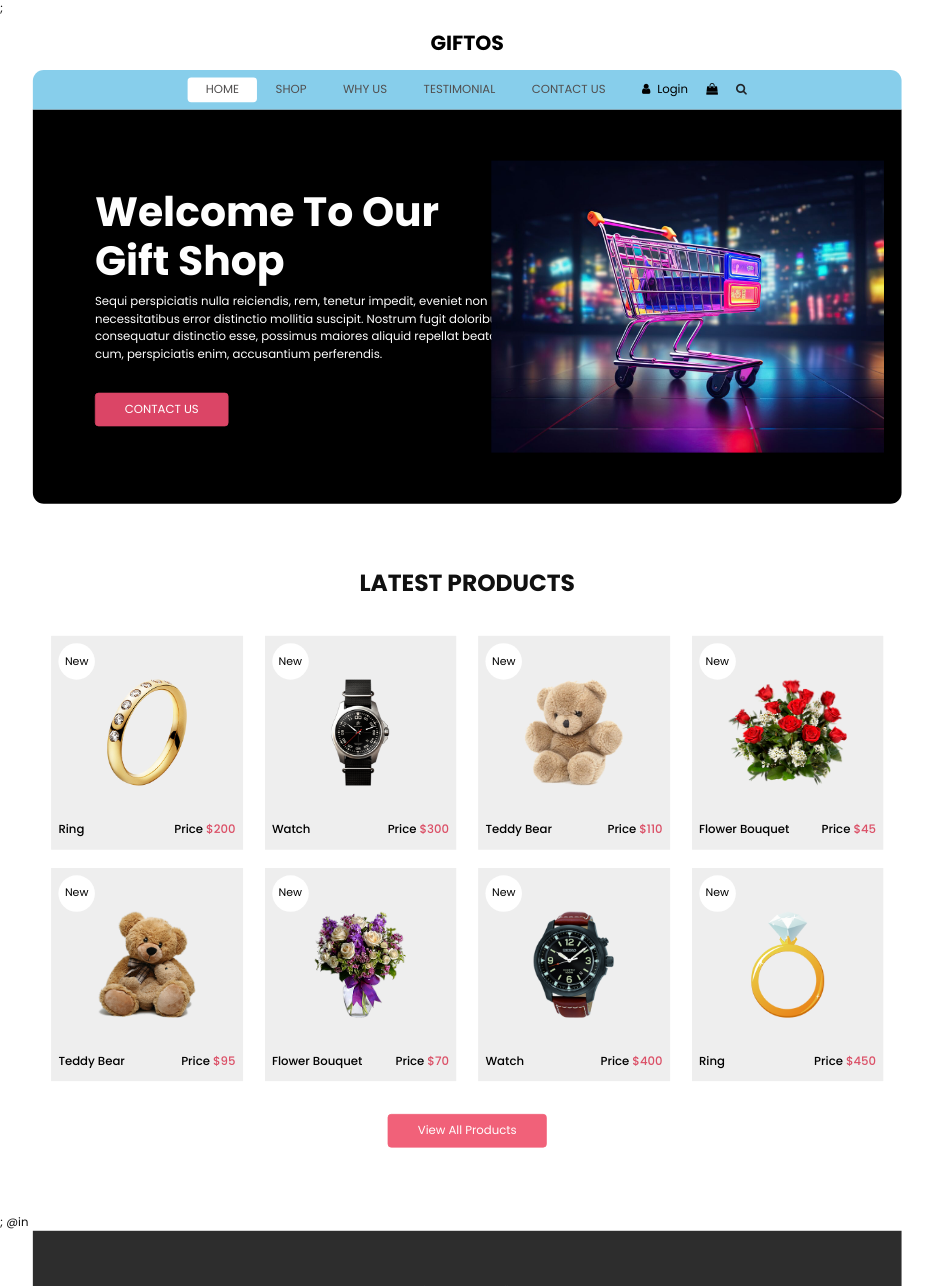
Repository: tanimtanzilislam/ecommerce_project_laravel
Page: http://localhost/
These files come from the project's save history. The page is drawn as it stood at one moment and after the next save; the edit follows.
The browser window is 1280 px wide. The pictures show the part of the page from y = 0 to 1762 px (the page is 2184 px tall before and 2878 px after), at 73% of full size.
Pictures or frames that could not be fetched are drawn as grey boxes. The page is served by the project's Laravel application, run on PHP 8.4 with Laravel 12. Other server files are loaded and not shown.

Above is the page before, as saved 2025-06-14 14:58:04.

### routes/web.php
<?php

use App\Http\Controllers\ProfileController;
use Illuminate\Support\Facades\Route;
use App\Http\Controllers\HomeController;
route::get('/', [HomeController::class,'home']
);

Route::get('/dashboard', function () {
    return view('dashboard');
})->middleware(['auth', 'verified'])->name('dashboard');

Route::middleware('auth')->group(function () {
    Route::get('/profile', [ProfileController::class, 'edit'])->name('profile.edit');
    Route::patch('/profile', [ProfileController::class, 'update'])->name('profile.update');
    Route::delete('/profile', [ProfileController::class, 'destroy'])->name('profile.destroy');
});

require __DIR__.'/auth.php';

route::get('admin/dashboard',[HomeController::class,'index']);
route::get('admin/dashboard',[HomeController::class,'index'])->middleware(['auth','admin']);

### app/Http/Controllers/HomeController.php
<?php

namespace App\Http\Controllers;

use Illuminate\Http\Request;


class HomeController extends Controller
{
    public function index(){
        return view('admin.index');
    }



    public function home(){
       return view('home.index');

        }

}

### resources/views/home/index.blade.php
<!DOCTYPE html>
<html>

<head>
  @include('home.css');
</head>

<body>
  <div class="hero_area">
    <!-- header section strats -->
   @include('home.header')
    <!-- end header section -->
    <!-- slider section -->
@include('home.slider')

    <!-- end slider section -->
  </div>
  <!-- end hero area -->

  <!-- shop section -->

  @include('home.product');

  <!-- end shop section -->







  <!-- contact section -->

  @in

  <!-- end contact section -->



  <!-- info section -->

  <section class="info_section  layout_padding2-top">
    <div class="social_container">
      <div class="social_box">
        <a href="">
          <i class="fa fa-facebook" aria-hidden="true"></i>
        </a>
        <a href="">
          <i class="fa fa-twitter" aria-hidden="true"></i>
        </a>
        <a href="">
          <i class="fa fa-instagram" aria-hidden="true"></i>
        </a>
        <a href="">
          <i class="fa fa-youtube" aria-hidden="true"></i>
        </a>
      </div>
    </div>
    <div class="info_container ">
      <div class="container">
        <div class="row">
          <div class="col-md-6 col-lg-3">
            <h6>
              ABOUT US
            </h6>
            <p>
              Lorem ipsum dolor sit amet, consectetur adipiscing elit, sed doLorem ipsum dolor sit amet, consectetur adipiscing elit, sed doLorem ipsum dolor sit amet,
            </p>
          </div>
          <div class="col-md-6 col-lg-3">
            <div class="info_form ">
              <h5>
                Newsletter
              </h5>
              <form action="#">
                <input type="email" placeholder="Enter your email">
                <button>
                  Subscribe
                </button>
              </form>
            </div>
          </div>
          <div class="col-md-6 col-lg-3">
            <h6>
              NEED HELP
            </h6>
            <p>
              Lorem ipsum dolor sit amet, consectetur adipiscing elit, sed doLorem ipsum dolor sit amet, consectetur adipiscing elit, sed doLorem ipsum dolor sit amet,
            </p>
          </div>
          <div class="col-md-6 col-lg-3">
            <h6>
              CONTACT US
            </h6>
            <div class="info_link-box">
              <a href="">
                <i class="fa fa-map-marker" aria-hidden="true"></i>
                <span> Gb road 123 london Uk </span>
              </a>
              <a href="">
                <i class="fa fa-phone" aria-hidden="true"></i>
                <span>+01 12345678901</span>
              </a>
              <a href="">
                <i class="fa fa-envelope" aria-hidden="true"></i>
                <span> demo@gmail.com</span>
              </a>
            </div>
          </div>
        </div>
      </div>
    </div>
    <!-- footer section -->
    <footer class=" footer_section">
      <div class="container">
        <p>
          &copy; <span id="displayYear"></span> All Rights Reserved By
          <a href="https://html.design/">Web Tech Knowledge</a>
        </p>
      </div>
    </footer>
    <!-- footer section -->

  </section>

  <!-- end info section -->


  <script src="{{asset('js/jquery-3.4.1.min.js')}}"></script>
  <script src="{{asset('js/bootstrap.js')}}"></script>
  <script src="{{asset('https://cdnjs.cloudflare.com/ajax/libs/OwlCarousel2/2.3.4/owl.carousel.min.js')}}">
  </script>
  <script src="{{asset('js/custom.js')}}"></script>

</body>

</html>

### resources/views/home/css.blade.php
<!-- Basic -->
  <meta charset="utf-8" />
  <meta http-equiv="X-UA-Compatible" content="IE=edge" />
  <!-- Mobile Metas -->
  <meta name="viewport" content="width=device-width, initial-scale=1, shrink-to-fit=no" />
  <!-- Site Metas -->
  <meta name="keywords" content="" />
  <meta name="description" content="" />
  <meta name="author" content="" />
  <link rel="shortcut icon" href="images/favicon.png" type="image/x-icon">

  <title>
    Giftos
  </title>

  <!-- slider stylesheet -->
  <link rel="stylesheet" type="text/css" href="https://cdnjs.cloudflare.com/ajax/libs/OwlCarousel2/2.3.4/assets/owl.carousel.min.css" />

  <!-- bootstrap core css -->
  <link rel="stylesheet" type="text/css" href="{{asset('css/bootstrap.css')}}" />

  <!-- Custom styles for this template -->
  <link href="{{asset('css/style.css')}}" rel="stylesheet" />
  <!-- responsive style -->
  <link href="{{asset('css/responsive.css')}}" rel="stylesheet" />

### resources/views/home/header.blade.php
 <header class="header_section">
      <nav class="navbar navbar-expand-lg custom_nav-container ">
        <a class="navbar-brand" href="index.html">
          <span>
            Giftos
          </span>
        </a>
        <button class="navbar-toggler" type="button" data-toggle="collapse" data-target="#navbarSupportedContent" aria-controls="navbarSupportedContent" aria-expanded="false" aria-label="Toggle navigation">
          <span class=""></span>
        </button>

        <div class="collapse navbar-collapse" id="navbarSupportedContent">
          <ul class="navbar-nav  ">
            <li class="nav-item active">
              <a class="nav-link" href="index.html">Home <span class="sr-only">(current)</span></a>
            </li>
            <li class="nav-item">
              <a class="nav-link" href="shop.html">
                Shop
              </a>
            </li>
            <li class="nav-item">
              <a class="nav-link" href="why.html">
                Why Us
              </a>
            </li>
            <li class="nav-item">
              <a class="nav-link" href="testimonial.html">
                Testimonial
              </a>
            </li>
            <li class="nav-item">
              <a class="nav-link" href="contact.html">Contact Us</a>
            </li>
          </ul>
          <div class="user_option">
            <a href="">
              <i class="fa fa-user" aria-hidden="true"></i>
              <span>
                Login
              </span>
            </a>
            <a href="">
              <i class="fa fa-shopping-bag" aria-hidden="true"></i>
            </a>
            <form class="form-inline ">
              <button class="btn nav_search-btn" type="submit">
                <i class="fa fa-search" aria-hidden="true"></i>
              </button>
            </form>
          </div>
        </div>
      </nav>
    </header>

### resources/views/home/slider.blade.php
 <section class="slider_section">
      <div class="slider_container">
        <div id="carouselExampleIndicators" class="carousel slide" data-ride="carousel">
          <div class="carousel-inner">
            <div class="carousel-item active">
              <div class="container-fluid">
                <div class="row">
                  <div class="col-md-7">
                    <div class="detail-box">
                      <h1>
                        Welcome To Our <br>
                        Gift Shop
                      </h1>
                      <p>
                        Sequi perspiciatis nulla reiciendis, rem, tenetur impedit, eveniet non necessitatibus error distinctio mollitia suscipit. Nostrum fugit doloribus consequatur distinctio esse, possimus maiores aliquid repellat beatae cum, perspiciatis enim, accusantium perferendis.
                      </p>
                      <a href="">
                        Contact Us
                      </a>
                    </div>
                  </div>
                  <div class="col-md-5 ">
                    <div class="img-box">
                      <img style="width:600px" src="images/image3.jpeg" alt="" />
                    </div>
                  </div>
                </div>
              </div>
            </div>

          </div>

        </div>
      </div>
    </section>

### resources/views/home/product.blade.php
<section class="shop_section layout_padding">
    <div class="container">
      <div class="heading_container heading_center">
        <h2>
          Latest Products
        </h2>
      </div>
      <div class="row">
        <div class="col-sm-6 col-md-4 col-lg-3">
          <div class="box">
            <a href="">
              <div class="img-box">
                <img src="images/p1.png" alt="">
              </div>
              <div class="detail-box">
                <h6>
                  Ring
                </h6>
                <h6>
                  Price
                  <span>
                    $200
                  </span>
                </h6>
              </div>
              <div class="new">
                <span>
                  New
                </span>
              </div>
            </a>
          </div>
        </div>
        <div class="col-sm-6 col-md-4 col-lg-3">
          <div class="box">
            <a href="">
              <div class="img-box">
                <img src="images/p2.png" alt="">
              </div>
              <div class="detail-box">
                <h6>
                  Watch
                </h6>
                <h6>
                  Price
                  <span>
                    $300
                  </span>
                </h6>
              </div>
              <div class="new">
                <span>
                  New
                </span>
              </div>
            </a>
          </div>
        </div>
        <div class="col-sm-6 col-md-4 col-lg-3">
          <div class="box">
            <a href="">
              <div class="img-box">
                <img src="images/p3.png" alt="">
              </div>
              <div class="detail-box">
                <h6>
                  Teddy Bear
                </h6>
                <h6>
                  Price
                  <span>
                    $110
                  </span>
                </h6>
              </div>
              <div class="new">
                <span>
                  New
                </span>
              </div>
            </a>
          </div>
        </div>
        <div class="col-sm-6 col-md-4 col-lg-3">
          <div class="box">
            <a href="">
              <div class="img-box">
                <img src="images/p4.png" alt="">
              </div>
              <div class="detail-box">
                <h6>
                  Flower Bouquet
                </h6>
                <h6>
                  Price
                  <span>
                    $45
                  </span>
                </h6>
              </div>
              <div class="new">
                <span>
                  New
                </span>
              </div>
            </a>
          </div>
        </div>
        <div class="col-sm-6 col-md-4 col-lg-3">
          <div class="box">
            <a href="">
              <div class="img-box">
                <img src="images/p5.png" alt="">
              </div>
              <div class="detail-box">
                <h6>
                  Teddy Bear
                </h6>
                <h6>
                  Price
                  <span>
                    $95
                  </span>
                </h6>
              </div>
              <div class="new">
                <span>
                  New
                </span>
              </div>
            </a>
          </div>
        </div>
        <div class="col-sm-6 col-md-4 col-lg-3">
          <div class="box">
            <a href="">
              <div class="img-box">
                <img src="images/p6.png" alt="">
              </div>
              <div class="detail-box">
                <h6>
                  Flower Bouquet
                </h6>
                <h6>
                  Price
                  <span>
                    $70
                  </span>
                </h6>
              </div>
              <div class="new">
                <span>
                  New
                </span>
              </div>
            </a>
          </div>
        </div>
        <div class="col-sm-6 col-md-4 col-lg-3">
          <div class="box">
            <a href="">
              <div class="img-box">
                <img src="images/p7.png" alt="">
              </div>
              <div class="detail-box">
                <h6>
                  Watch
                </h6>
                <h6>
                  Price
                  <span>
                    $400
                  </span>
                </h6>
              </div>
              <div class="new">
                <span>
                  New
                </span>
              </div>
            </a>
          </div>
        </div>
        <div class="col-sm-6 col-md-4 col-lg-3">
          <div class="box">
            <a href="">
              <div class="img-box">
                <img src="images/p8.png" alt="">
              </div>
              <div class="detail-box">
                <h6>
                  Ring
                </h6>
                <h6>
                  Price
                  <span>
                    $450
                  </span>
                </h6>
              </div>
              <div class="new">
                <span>
                  New
                </span>
              </div>
            </a>
          </div>
        </div>
      </div>
      <div class="btn-box">
        <a href="">
          View All Products
        </a>
      </div>
    </div>
  </section>

### public/css/responsive.css
@media (max-width: 1120px) {
    .saving_section .detail-box {
        padding: 0;
    }
}

@media (max-width: 992px) {
    .user_option {
        justify-content: center;
        margin-left: 0;
        margin-top: 10px;

    }

    .custom_nav-container {
        flex-direction: row;
    }

    .custom_nav-container .navbar-nav {
        align-items: center;
    }

    #navbarSupportedContent .navbar-nav .nav-link {
        margin: 5px 0;
    }

    .slider_section .detail-box {
        padding-left: 0;
    }

    .slider_section .detail-box h1 {
        font-size: 3rem;
    }

    .slider_section .img-box {
        padding: 0;
    }

    .saving_section .row {
        flex-direction: column-reverse;
    }

    .saving_section .detail-box {

        margin-bottom: 30px;
    }

    .client_section .box {
        margin: 15px 25px;
    }

    .client_section .carousel_btn-box {
        display: flex;
        justify-content: center;
        margin-top: 45px;
    }

    .client_section .carousel-control-prev,
    .client_section .carousel-control-next {
        position: unset;
        margin: 0 2.5px;
        width: 45px;
        height: 45px;
    }
}

@media (max-width: 768px) {
    .hero_area {
        padding: 0 25px;
    }

    .slider_section .img-box {
        margin-bottom: 45px;
    }

    .saving_section,
    .gift_section {
        padding-left: 25px;
        padding-right: 25px;
    }

    .gift_section .box {
        padding: 45px 0;
    }

    .gift_section .img-box {
        padding: 0 15px;
        margin-bottom: 45px;
    }

    .info_section .row>div {
        text-align: center;
        display: flex;
        flex-direction: column;
        align-items: center;

    }

    .info_section {
        margin: 0 25px 25px;
    }


}

@media (max-width: 576px) {
    .contact_section {
        padding-left: 25px;
        padding-right: 25px;
    }
}

@media (max-width: 480px) {

    .saving_section .detail-box,
    .gift_section .detail-box {
        padding: 0 5px;
    }
}

@media (max-width: 420px) {}

@media (max-width: 376px) {}

@media (min-width: 1200px) {
    .container {
        max-width: 1170px;
    }
}

### resources/views/home/contact.blade.php
<section class="contact_section ">
    <div class="container px-0">
      <div class="heading_container ">
        <h2 class="">
          Contact Us
        </h2>
      </div>
    </div>
    <div class="container container-bg">
      <div class="row">
        <div class="col-lg-7 col-md-6 px-0">
          <div class="map_container">
            <div class="map-responsive">
              <iframe src="https://www.google.com/maps/embed/v1/place?key=AIzaSyA0s1a7phLN0iaD6-UE7m4qP-z21pH0eSc&q=Eiffel+Tower+Paris+France" width="600" height="300" frameborder="0" style="border:0; width: 100%; height:100%" allowfullscreen></iframe>
            </div>
          </div>
        </div>
        <div class="col-md-6 col-lg-5 px-0">
          <form action="#">
            <div>
              <input type="text" placeholder="Name" />
            </div>
            <div>
              <input type="email" placeholder="Email" />
            </div>
            <div>
              <input type="text" placeholder="Phone" />
            </div>
            <div>
              <input type="text" class="message-box" placeholder="Message" />
            </div>
            <div class="d-flex ">
              <button>
                SEND
              </button>
            </div>
          </form>
        </div>
      </div>
    </div>
  </section>

  <br><br><br>

Loaded but not shown: routes/auth.php (common file); app/Http/Controllers/Auth/EmailVerificationPromptController.php (common file); app/Http/Controllers/Controller.php (common file); app/Http/Controllers/Auth/VerifyEmailController.php (common file); public/css/bootstrap.css (library); public/css/font-awesome.min.css (library); public/js/jquery-3.4.1.min.js (library); public/js/bootstrap.js (library); public/js/custom.js (common file); public/css/style.css (856 lines, source omitted)

After the next save:
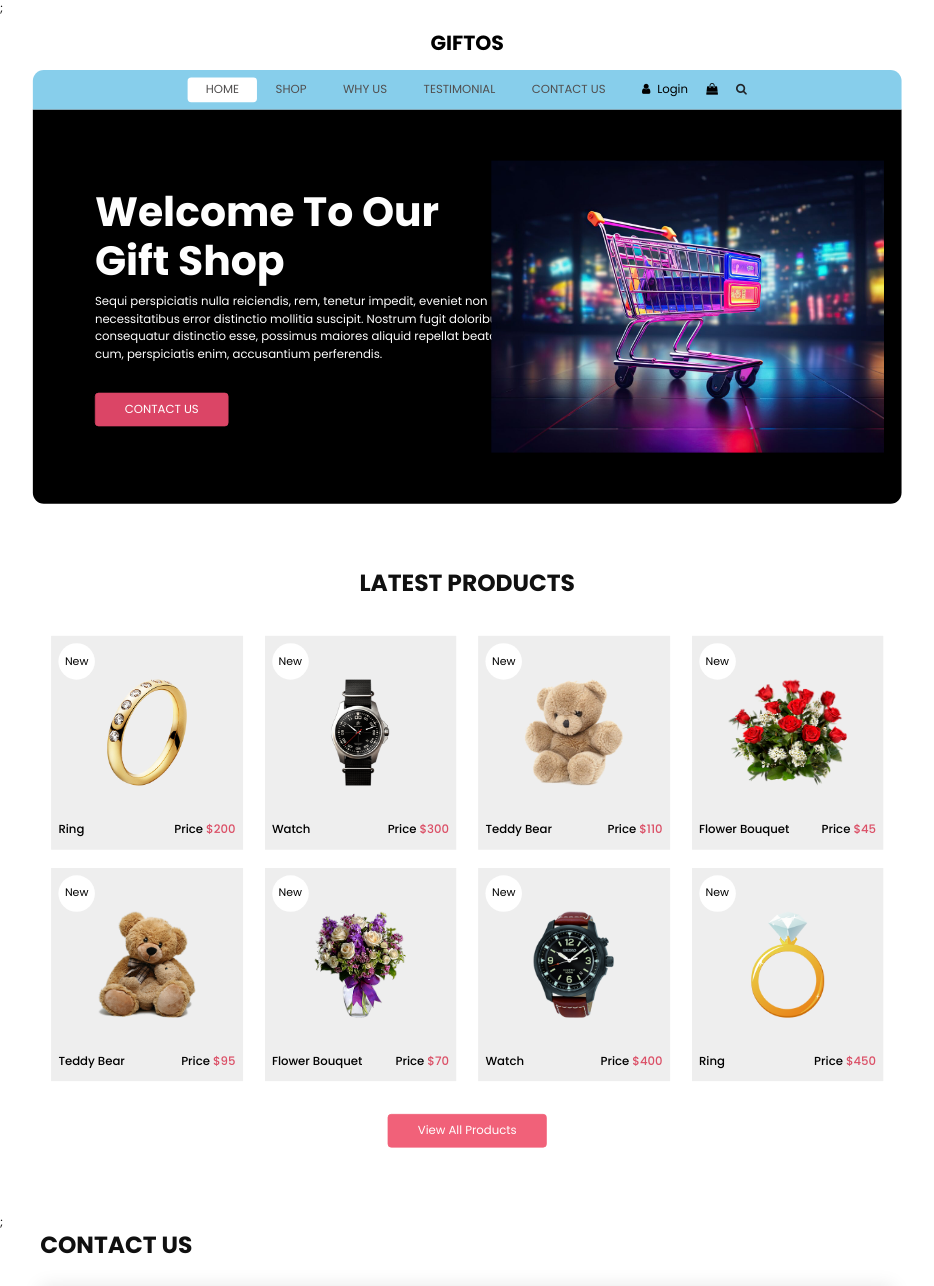
Saved 7 s later.
--- a/resources/views/home/index.blade.php
+++ b/resources/views/home/index.blade.php
@@ -31,7 +31,7 @@
 
   <!-- contact section -->
 
-  @in
+  @include('home.contact')
 
   <!-- end contact section -->
 
